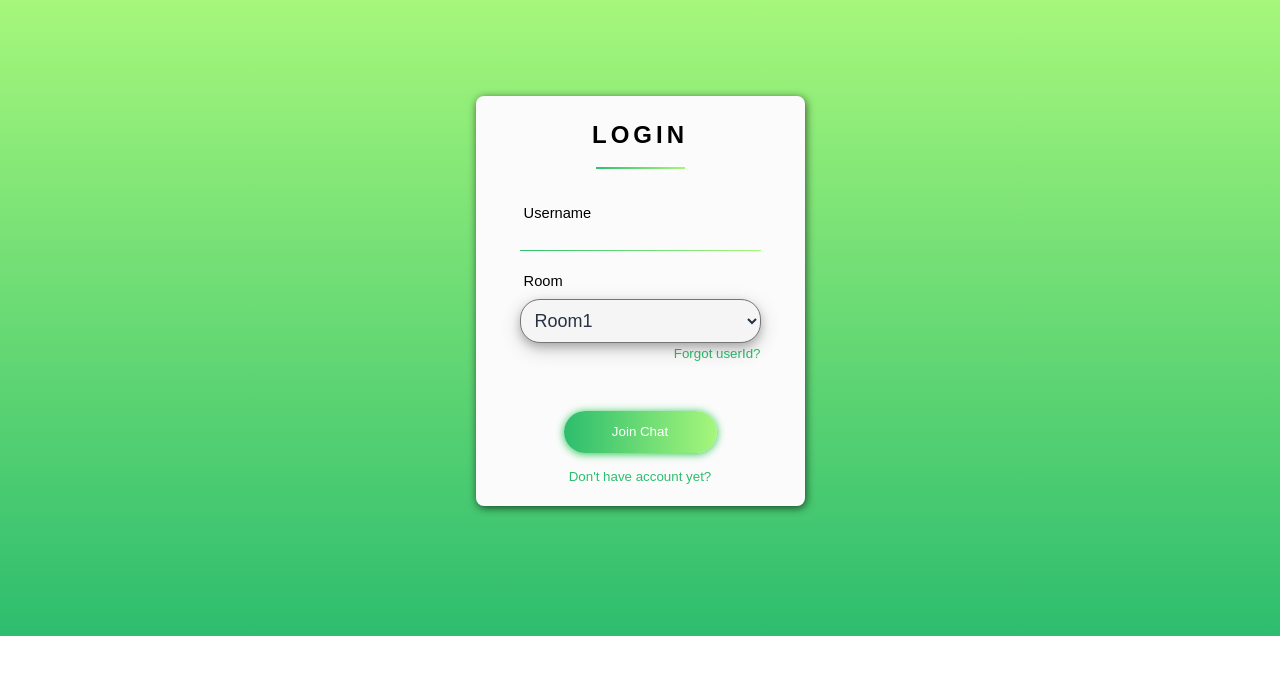
Repository: satyam12116/chat
Page: public/index.html
The author's editor kept a copy of each file at every save. The page is drawn from the files as they stood at one save, then again after the next save.
The browser window is 1280 px wide. The pictures show the whole page.
Some web libraries are served in a nearby version.

Above is the page before, as saved 2023-03-26 11:51:33.

### public/index.html
<!DOCTYPE html>
<html lang="en">
	<head>
		<meta charset="UTF-8" />
		<meta name="viewport" content="width=device-width, initial-scale=1.0" />
		<meta http-equiv="X-UA-Compatible" content="ie=edge" />
		<link
			rel="stylesheet"
			href="https://cdnjs.cloudflare.com/ajax/libs/font-awesome/5.12.1/css/all.min.css"
			integrity="sha256-mmgLkCYLUQbXn0B1SRqzHar6dCnv9oZFPEC1g1cwlkk="
			crossorigin="anonymous"
		/>
		<link rel="stylesheet" href="css/style.css" />
		<title>ChatCord App</title>
	</head>
	<body>
		<!-- <div class="join-container">
			<header class="join-header">
				<h1><i class="fas fa-smile"></i> ChatCord</h1>
			</header>
			<main class="join-main">
				<form action="chat.html">
					<div class="form-control">
						<label for="username">Username</label>
						<input
							type="text"
							name="username"
							id="username"
							placeholder="Enter username..."
							required
						/>
					</div>
					<div class="form-control">
						<label for="room">Room</label>
						<select name="room" id="room">
							<option value="JavaScript">JavaScript</option>
							<option value="Python">Python</option>
							<option value="PHP">PHP</option>
							<option value="C#">C#</option>
							<option value="Ruby">Ruby</option>
							<option value="Java">Java</option>
						</select>
					</div>
					<button type="submit"class="glow-on-hover">Join Chat</button>
				</form>
			</main>
		</div> -->
		<div id="card">
			<div id="card-content">
			  <div id="card-title">
				<h2>LOGIN</h2>
				<div class="underline-title"></div>
			  </div>
			  <form form action="chat.html" class="form">
				<label for="user-email" style="padding-top:13px">
					&nbsp;Username
				  </label>
				<input id="username" class="form-content" type="email" name="email" autocomplete="on" required />
				<div class="form-border"></div>
				<label for="user-password" style="padding-top:22px">&nbsp;Room
				  </label>
				<select name="room" id="my">
					<option value="Room1">Room1</option>
					<option value="Room2">Room2</option>
					<option value="Room3">Room3</option>
					<option value="Room4">Room4</option>
					<option value="Room5">Room5</option>
					<option value="Room6">Room6</option>
				</select>
				<!-- <div class="form-border"></div> -->
				<a href="#">
				  <legend id="forgot-pass">Forgot userId?</legend>
				</a>
				<!-- <input id="submit-btn" type="submit" name="submit" value="Join Chat" /> -->
				<button type="submit" id="submit-btn">Join Chat</button>
				<a href="#" id="signup">Don't have account yet?</a>
			  </form>
			</div>
		  </div>
	</body>
</html>

### public/css/style.css
@import url('https://fonts.googleapis.com/css?family=Roboto&display=swap');

:root {
	--dark-color-a: #667aff;
	--dark-color-b: #7386ff;
	--light-color: #e6e9ff;
	--success-color: #5cb85c;
	--error-color: #d9534f;
}

* {
	box-sizing: border-box;
	margin: 0;
	padding: 0;
}

body {
	font-family: 'Roboto', sans-serif;
	font-size: 16px;
	background: var(--light-color);
	margin: 20px;
}

ul {
	list-style: none;
}

a {
	text-decoration: none;
}

.btn {
	cursor: pointer;
	padding: 5px 15px;
	background: var(--light-color);
	color: var(--dark-color-a);
	border: 0;
	font-size: 17px;
}

/* Chat Page */

.chat-container {
	max-width: 1100px;
	background: #fff;
	margin: 30px auto;
	overflow: hidden;
}

.chat-header {
	background: var(--dark-color-a);
	color: #fff;
	border-top-left-radius: 5px;
	border-top-right-radius: 5px;
	padding: 15px;
	display: flex;
	align-items: center;
	justify-content: space-between;
}

.chat-main {
	display: grid;
	grid-template-columns: 1fr 3fr;
}

.chat-sidebar {
	background: var(--dark-color-b);
	color: #fff;
	padding: 20px 20px 60px;
	overflow-y: scroll;
}

.chat-sidebar h2 {
	font-size: 20px;
	background: rgba(0, 0, 0, 0.1);
	padding: 10px;
	margin-bottom: 20px;
}

.chat-sidebar h3 {
	margin-bottom: 15px;
}

.chat-sidebar ul li {
	padding: 10px 0;
}

.chat-messages {
	padding: 30px;
	max-height: 500px;
	overflow-y: scroll;
}

.chat-messages .message {
	padding: 10px;
	margin-bottom: 15px;
	background-color: var(--light-color);
	border-radius: 5px;
	overflow-wrap: break-word;
}

.chat-messages .message .meta {
	font-size: 15px;
	font-weight: bold;
	color: var(--dark-color-b);
	opacity: 0.7;
	margin-bottom: 7px;
}

.chat-messages .message .meta span {
	color: #777;
}

.chat-form-container {
	padding: 20px 30px;
	background-color: var(--dark-color-a);
}

.chat-form-container form {
	display: flex;
}

.chat-form-container input[type='text'] {
	font-size: 16px;
	padding: 5px;
	height: 40px;
	flex: 1;
}

/* Join Page */
.join-container {
	max-width: 500px;
	margin: 80px auto;
	color: #fff;
}

.join-header {
	text-align: center;
	padding: 20px;
	background: var(--dark-color-a);
	border-top-left-radius: 5px;
	border-top-right-radius: 5px;
}

.join-main {
	padding: 30px 40px;
	background: var(--dark-color-b);
}

.join-main p {
	margin-bottom: 20px;
}

.join-main .form-control {
	margin-bottom: 20px;
}

.join-main label {
	display: block;
	margin-bottom: 5px;
}

.join-main input[type='text'] {
	font-size: 16px;
	padding: 5px;
	height: 40px;
	width: 100%;
}

.join-main select {
	font-size: 16px;
	padding: 5px;
	height: 40px;
	width: 100%;
}

.join-main .btn {
	margin-top: 20px;
	width: 100%;
}

@media (max-width: 700px) {
	.chat-main {
		display: block;
	}

	.chat-sidebar {
		display: none;
	}
}

.glow-on-hover {
	margin-left:150px;
	font-family: cursive;
	font-weight: bold;
    width: 120px;
    height: 50px;
    border: none;
    outline: none;
    color: black;
    background:rgb(211, 84, 84);
    cursor: pointer;
    position: relative;
    z-index: 0;
    border-radius: 10px;
}

.glow-on-hover:before {
    content: '';
    background: linear-gradient(45deg, #ff0000, #ff7300, #fffb00, #48ff00, #00ffd5, #002bff, #7a00ff, #ff00c8, #ff0000);
    position: absolute;
    top: -2px;
    left:-2px;
    background-size: 400%;
    z-index: -1;
    filter: blur(5px);
    width: calc(100% + 4px);
    height: calc(100% + 4px);
    animation: glowing 20s linear infinite;
    opacity: 0;
    transition: opacity .3s ease-in-out;
    border-radius: 10px;
}

.glow-on-hover:active {
    color:whitesmoke;
}

.glow-on-hover:active:after {
    background: transparent;
}

.glow-on-hover:hover:before {
    opacity: 1;
}

.glow-on-hover:after {
    z-index: -1;
    content: '';
    position: absolute;
    width: 100%;
    height: 100%;
    background: whitesmoke;
    left: 0;
    top: 0;
    border-radius: 10px;
}

@keyframes glowing {
    0% { background-position: 0 0; }
    50% { background-position: 400% 0; }
    100% { background-position: 0 0; }
}
a {
	text-decoration: none;
  }
  body {
	background: -webkit-linear-gradient(bottom, #2dbd6e, #a6f77b);
	background-repeat: no-repeat;
  }
  label {
	font-family: "Raleway", sans-serif;
	font-size: 11pt;
  }
  #forgot-pass {
	color: #2dbd6e;
	font-family: "Raleway", sans-serif;
	font-size: 10pt;
	margin-top: 3px;
	text-align: right;
  }
  #card {
	background: #fbfbfb;
	border-radius: 8px;
	box-shadow: 1px 2px 8px rgba(0, 0, 0, 0.65);
	height: 410px;
	margin: 6rem auto 8.1rem auto;
	width: 329px;
  }
  #card-content {
	padding: 12px 44px;
  }
  #card-title {
	font-family: "Raleway Thin", sans-serif;
	letter-spacing: 4px;
	padding-bottom: 23px;
	padding-top: 13px;
	text-align: center;
  }
  #signup {
	color: #2dbd6e;
	font-family: "Raleway", sans-serif;
	font-size: 10pt;
	margin-top: 16px;
	text-align: center;
  }
  #submit-btn {
	background: -webkit-linear-gradient(right, #a6f77b, #2dbd6e);
	border: none;
	border-radius: 21px;
	box-shadow: 0px 1px 8px #24c64f;
	cursor: pointer;
	color: white;
	font-family: "Raleway SemiBold", sans-serif;
	height: 42.3px;
	margin: 0 auto;
	margin-top: 50px;
	transition: 0.25s;
	width: 153px;
  }
  #submit-btn:hover {
	box-shadow: 0px 1px 18px #24c64f;
  }
  .form {
	align-items: left;
	display: flex;
	flex-direction: column;
  }
  .form-border {
	background: -webkit-linear-gradient(right, #a6f77b, #2ec06f);
	height: 1px;
	width: 100%;
  }
  .form-content {
	background: #fbfbfb;
	border: none;
	outline: none;
	padding-top: 14px;
  }
  .underline-title {
	background: -webkit-linear-gradient(right, #a6f77b, #2ec06f);
	height: 2px;
	margin: 1.1rem auto 0 auto;
	width: 89px;
  }
  #my{
	margin-top: 10px;
	font-family: 'Ubuntu', sans-serif;
	position: relative;
	display: block;
	width: 100%;
	padding: 10px;
	font-size: 18px;
	font-weight: 300;
	color: #273342;
	line-height: 30px;
	background: #f5f5f5;
	border-radius: 20px;
	cursor: pointer;
	box-shadow: 0 4px 8px 0 rgba(0,0,0,0.2),0 6px 20px 0 rgba(0,0,0,0.19);
  }

After the next save:
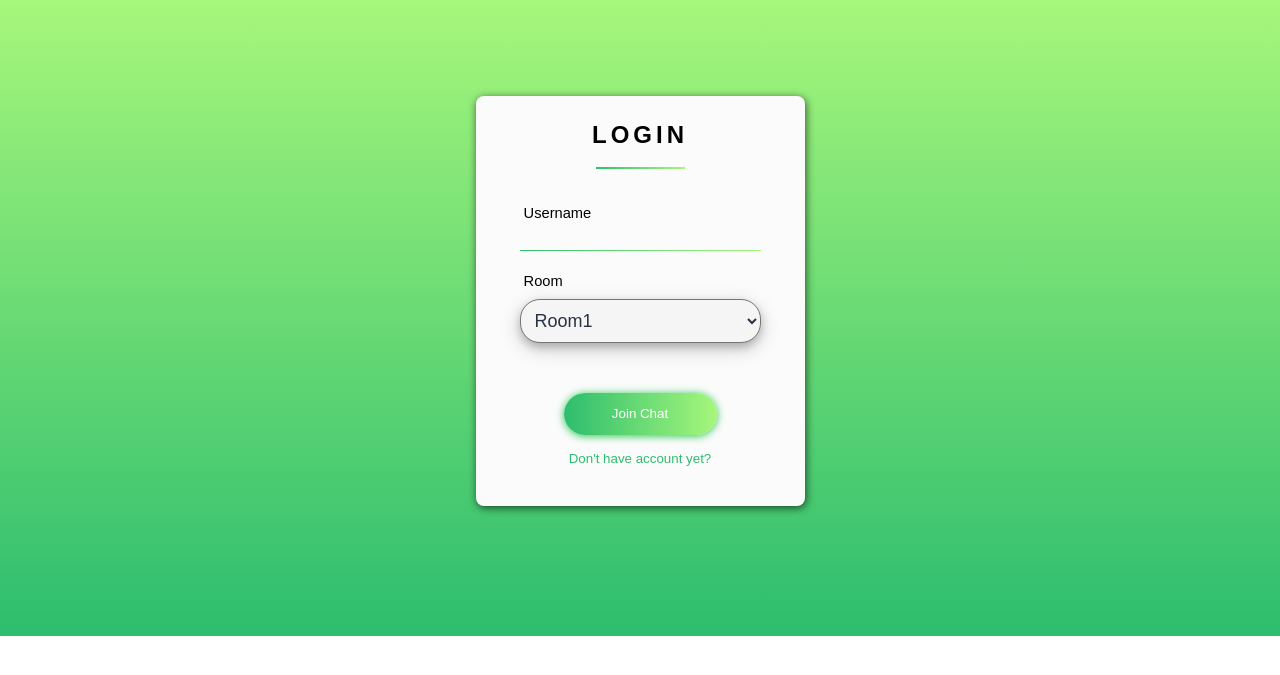
Saved 41 s later.
--- a/public/index.html
+++ b/public/index.html
@@ -67,11 +67,6 @@
 					<option value="Room5">Room5</option>
 					<option value="Room6">Room6</option>
 				</select>
-				<!-- <div class="form-border"></div> -->
-				<a href="#">
-				  <legend id="forgot-pass">Forgot userId?</legend>
-				</a>
-				<!-- <input id="submit-btn" type="submit" name="submit" value="Join Chat" /> -->
 				<button type="submit" id="submit-btn">Join Chat</button>
 				<a href="#" id="signup">Don't have account yet?</a>
 			  </form>
